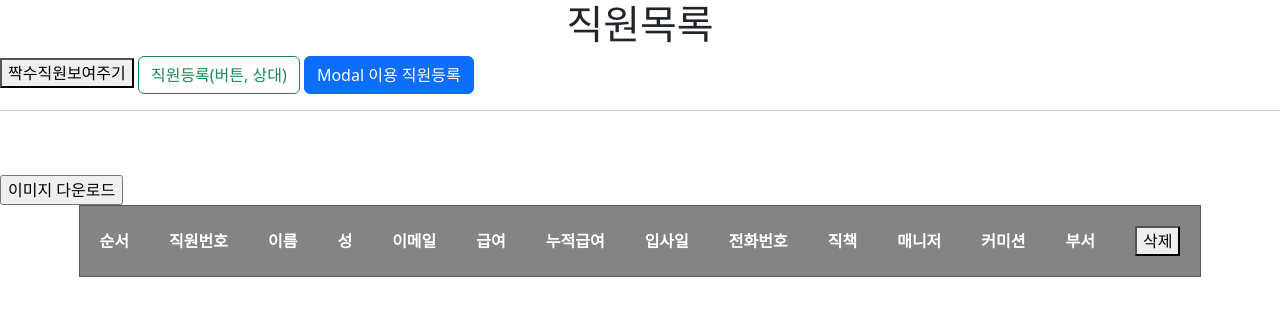
Repository: leessol/spring1
Page: http://localhost/springMVCProject/WEB-INF/views/emp/empSelect.jsp
An editor plug-in stored every save of this project. The page is shown before and after the next save, followed by the edit.
The browser window is 1280 px wide. The pictures show the whole page.
The page is served by Tomcat 9. Nobody is signed in. Other server files are loaded and not shown. The template is opened directly, without the code that normally fills it, so the values that code supplies are empty.

Above is the page before, as saved 2023-05-08 03:25:34.

### springMVCProject/src/main/webapp/WEB-INF/views/emp/empSelect.jsp

<%@page import="com.shinhan.vo.EmpVO"%>
<%@page import="java.util.List"%>
<%@ page language="java" contentType="text/html; charset=UTF-8"
	pageEncoding="UTF-8"%>
<%@ taglib prefix="c" uri="http://java.sun.com/jsp/jstl/core"%>
<c:set var="path" value="${pageContext.request.contextPath }" />
<%@ taglib prefix="fmt" uri="http://java.sun.com/jsp/jstl/fmt"%>

<!-- 문자열 함수 라이브러리 사용하기 -->
<%@ taglib prefix="fn" uri="http://java.sun.com/jsp/jstl/functions"%>
<%
//자바를 다 없애야하는데 view에서 아래의 문법은 어쩔 수 없다.
//형변환 해야한다. 왜냐면 오르쪽은 그냥 object 타입이어서. (object(부모)에서 자식으로 강제 형변환)
//view이다 자바를 하면 안된다. --> 원래는 html만 있어야 한다.
//MVC1모델 servlet(controller)가 view를 안 거치고 바로 client에 뿌려주는 것이다. 이렇게 하면 안됨.
//List<EmpVO> empList = (List<EmpVO>) request.getAttribute("empAll");//request.setAttribute("empAll", emplist); 서블릿 페이지에서 세팅을 한것을 받는 것이다.
%>
<!DOCTYPE html>
<html>
<head>
<meta charset="UTF-8">
<title>Insert title here</title>

<%@ include file="../common/commonfiles.jsp"%>
<style>
#container {

}

table {
	border: 1px solid #585858;
	margin: 0 auto;
}

h1 {
	font-size: 20;
	text-align: center;
}

th, td {
	padding: 20px;
	text-align: center;
}

th {
	color: white;
}

td {
	background-color: #F2F2F2;
}

tr th {
	background-color: #848484;
}
</style>

<script>
	$(function() {
		$(".btnDel").on("click", function() {
			console.log("Sss");
			location.href = "${path}/emp/empDelete.do?empid=" + $(this).attr("data-del"); //get 방식
		});
	});

	$(function() {
		$("thead tr th").click(function(e) {
			//내가 클릭한 th가 몇번째인가?
			var trNum = $(this).closest("th").prevAll().length;
			console.log(trNum);
			var a = $("tbody tr").each(function(index, item) {
				var col = $(item).find("td:nth-child(" + (trNum + 1) + ")");
				console.dir(col);
				//되돌리기(기존선택을 clear)
				$(item).find("td").css("background-color", "white");
				//신규선택의 색깔 바꾸기
				$(col).css("background-color", "orange");
			});
		});
	});

	$(function() {
		$("#my1").click(
				function() {
					$("tbody").each(
							function(index, item) {
								//$(item).css("background-color", "red");
								$(item).find("tr:nth-child(2n+1)").css(
										"background-color", "green");
								//$(item).find("td").css("background-color", "green");
							});

				});

		//#container > table > tbody > tr:nth-child(1) > td:nth-child(2)
	});
</script>
</head>
<body>
	<div id="container">
		<h1>직원목록</h1>
		<!-- include 지시자: 합쳐서 컴파일한다. include 디렉티브는 소스를 합쳐서 컴파일한다.  -->
		<%-- <%@ include file="../common/header.jsp" %> --%>
		<!-- include action tag 이용: 컴파일하고 합침 -->

		<button id="my1">짝수직원보여주기</button>
		<button onclick="location.href='${path}/emp/empinsert.do'"
			type="button" class="btn btn-outline-success">직원등록(버튼, 상대)</button>
		<button type="button" class="btn btn-primary" data-bs-toggle="modal"
			data-bs-target="#exampleModal" data-bs-whatever="@mdo">Modal
			이용 직원등록</button>


		<hr>

		<form method="post" action="${path }/downloadTest/result.jsp">
			<!-- 이름이 가는 것이다.  -->
			<input type=hidden name="param1" value="watch.jpg" /> <br> <input
				type=hidden name="param2" value="umbrella.jpg" /> <br> <input
				type="submit" value="이미지 다운로드">
		</form>


		<table>
			<thead>
				<tr>
					<th>순서</th>
					<th>직원번호</th>
					<th>이름</th>
					<th>성</th>
					<th>이메일</th>
					<th>급여</th>
					<th>누적급여</th>
					<th>입사일</th>
					<th>전화번호</th>
					<th>직책</th>
					<th>매니저</th>
					<th>커미션</th>
					<th>부서</th>
					<th><button>삭제</button></th>
				</tr>
			</thead>
			<tbody>
				<!--
						<향상된 forEach>
						--for(EmpVO emp: empAll) //이것이랑 같은 의미
				-->
				<c:set var="totalSalary" value="0"></c:set>
				<c:forEach items="${empAll}" var="emp" varStatus="status">
					<c:set var="totalSalary" value="${totalSalary+emp.salary}"></c:set>
					<tr>
						<td
							style="background-color:${status.first||status.last?'orange':'pink'};">${status.count}</td>
						<td><a
							href="${path}/emp/empDetail.do?empid=${emp.employee_id}">${emp.employee_id}</a></td>
						<td><a
							style="color:${fn:length(emp.first_name)>3?'red':'blue'};"
							href="${path}/emp/empDetail.do?empid=${emp.employee_id}">${emp.first_name}</a></td>
						<td>${emp.last_name}</td>
						<td>${emp.email}${fn:substring(emp.email,0,3)}**
							${fn:indexOf(emp.email,"@")}**
							${fn:indexOf(emp.email,"@")>=0?fn:substring(emp.email,0,3):emp.email}
							<%-- ${fn:substring(emp.email,0,${fn:emp.email.indexOf("@")>0?emp.email.indexOf("@"):emp.email.length()})} --%>
						</td>
						<td>${totalSalary}</td>
						<td><fmt:formatNumber value="${emp.salary}"
								groupingUsed="true"></fmt:formatNumber></td>
						<td><fmt:formatDate value="${emp.hire_date}"
								pattern="yyyy/MM/dd" /></td>

						<td>${emp.phone_number}</td>
						<td>${emp.job_id}</td>
						<td>${emp.manager_id}</td>
						<td>${emp.commission_pct}</td>
						<td><fmt:formatNumber type="percent"
								value="${emp.commission_pct}"></fmt:formatNumber></td>
						<td>${emp.department_id}</td>
						<td><button class="btnDel" data-del="${emp.employee_id}">삭제</button></td>
					</tr>

				</c:forEach>


				<%-- <%
				for (EmpVO emp : empList) {
				%>
				<tr>
					<td><a href="empDetail.do?empid=<%=emp.getEmployee_id()%>"><%=emp.getEmployee_id()%></a></td>
					<td><a href="empDetail.do?empid=<%=emp.getEmployee_id()%>"><%=emp.getFirst_name()%></a></td>
					<td><%=emp.getLast_name()%></td>
					<td><%=emp.getEmail()%></td>
					<td><%=emp.getSalary()%></td>
					<td><%=emp.getHire_date()%></td>
					<td><%=emp.getPhone_number()%></td>
					<td><%=emp.getJob_id()%></td>
					<td><%=emp.getManager_id()%></td>
					<td><%=emp.getCommission_pct()%></td>
					<td><%=emp.getDepartment_id()%></td>
					<td><button class="btnDel" data-del="<%=emp.getEmployee_id()%>">삭제</button></td>

				</tr>
				<%
				}
				%> --%>
			</tbody>
		</table>
	</div>
</body>
</html>

### springMVCProject/src/main/webapp/WEB-INF/views/common/commonfiles.jsp
<%@ page language="java" contentType="text/html; charset=UTF-8"
    pageEncoding="UTF-8"%>
<meta name="viewport" content="width=device-width, initial-scale=1">
<link
href="https://cdn.jsdelivr.net/npm/bootstrap@5.2.3/dist/css/bootstrap.min.css"
rel="stylesheet">
<script
src="https://cdn.jsdelivr.net/npm/bootstrap@5.2.3/dist/js/bootstrap.bundle.min.js"></script>
<script src="https://ajax.googleapis.com/ajax/libs/jquery/3.6.3/jquery.min.js"></script>

After the next save:
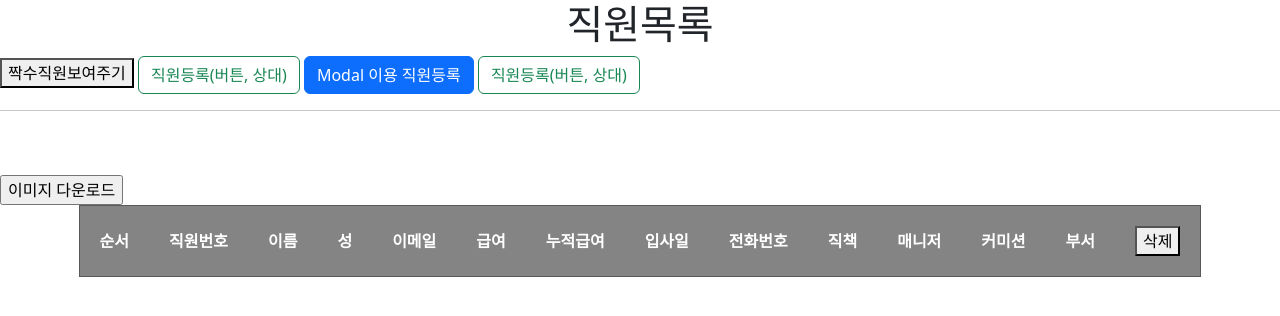
Saved 4 s later.
--- a/springMVCProject/src/main/webapp/WEB-INF/views/emp/empSelect.jsp
+++ b/springMVCProject/src/main/webapp/WEB-INF/views/emp/empSelect.jsp
@@ -110,7 +110,8 @@ tr th {
 		<button type="button" class="btn btn-primary" data-bs-toggle="modal"
 			data-bs-target="#exampleModal" data-bs-whatever="@mdo">Modal
 			이용 직원등록</button>
-
+		<button onclick="location.href='${path}/emp/empinsert.do'"
+			type="button" class="btn btn-outline-success">직원등록(버튼, 상대)</button>
 
 		<hr>
 
